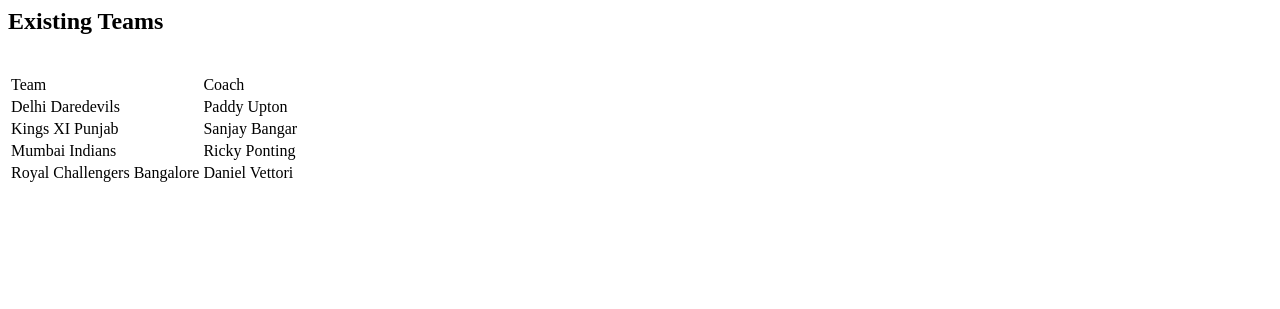
Repository: umng/Learn-to-Program
Page: http://localhost/Remove_team/
An editor plug-in stored every save of this project. The page is shown before and after the next save, followed by the edit.
The browser window is 1280 px wide. The pictures show the whole page.
The page is served by Tomcat 9. The database holds what the project's SQL file puts in it.

Above is the page before, as saved 2017-03-01 07:57:06.

After the next save:
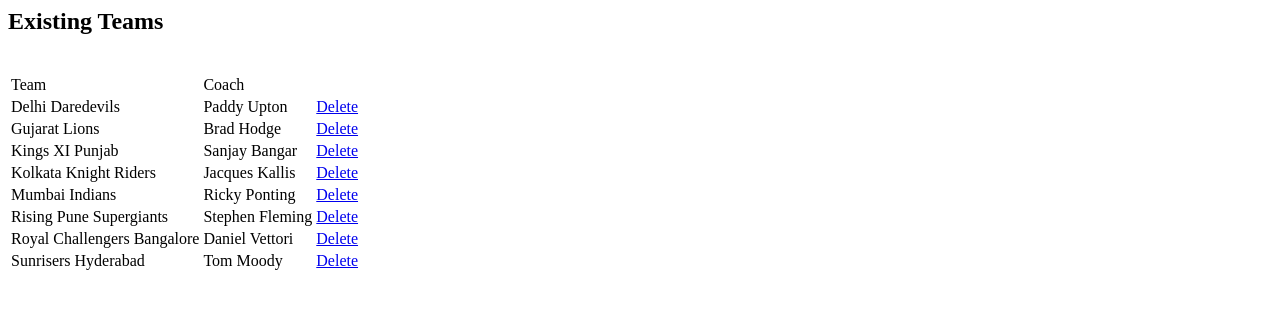
Saved 48 s later.
--- a/Java/CTS_SFDC/workspace/Remove team/WebContent/index.jsp
+++ b/Java/CTS_SFDC/workspace/Remove team/WebContent/index.jsp
@@ -19,7 +19,7 @@
 			</tr>
 			<%
 				for(Team t: teams) {
-					out.print("<tr><td>" + t.getName() + "</td><td>" + t.getCoach() + "</td><td><a href='Delete?id=" + t.getId() + "</td></tr>");
+					out.print("<tr><td>" + t.getName() + "</td><td>" + t.getCoach() + "</td><td><a href='Delete?id=" + t.getId() + "'>Delete</a></td></tr>");
 				}
 			%>
 		</table>
